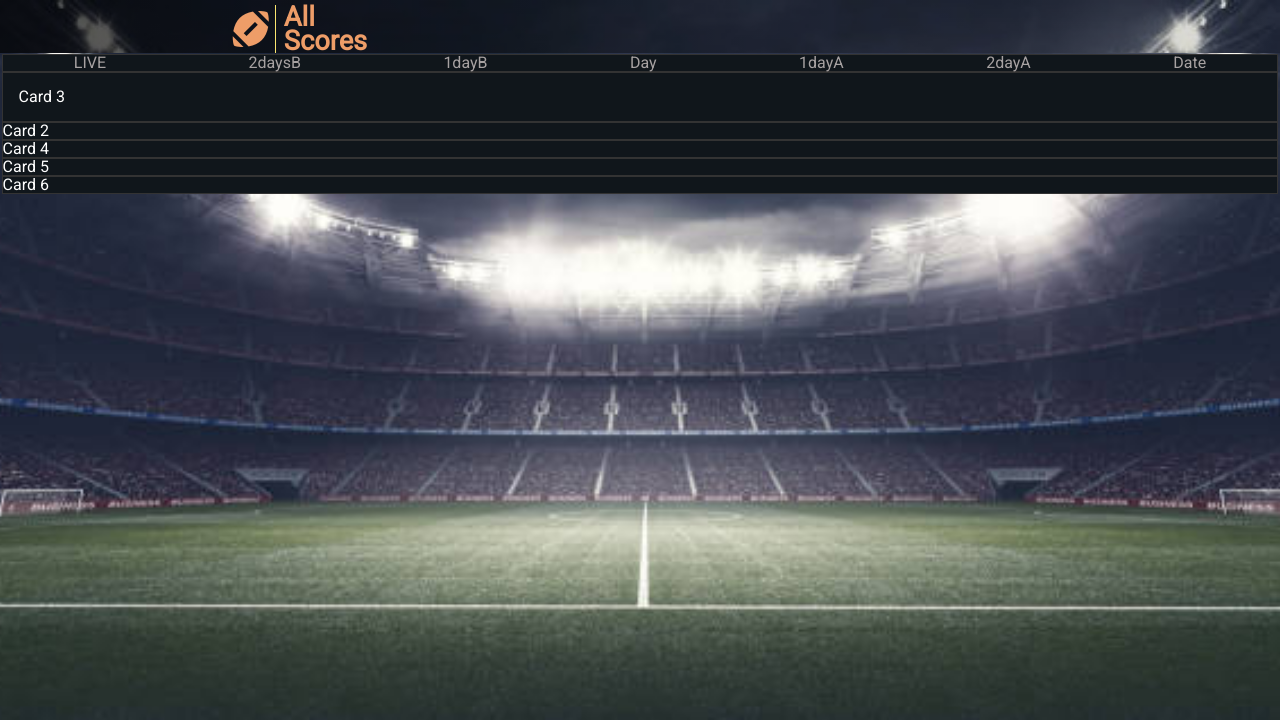
Repository: boomshakar/AllScores
Page: index.html
An editor plug-in stored every save of this project. The page is shown before and after the next save, followed by the edit.
The browser window is 1280 px wide. The pictures show the whole page.
The style sheet was rebuilt from its Sass, Less or Tailwind sources for each picture, by a compiler version that may differ from the author's.

Above is the page before, as saved 2021-03-30 02:33:07.

### index.html
<!DOCTYPE html>
<html lang="en">
  <head>
    <meta charset="UTF-8" />
    <meta http-equiv="X-UA-Compatible" content="IE=edge" />
    <meta name="viewport" content="width=device-width, initial-scale=1.0" />
    <title>All Scores</title>
    <link rel="stylesheet" href="css/main.css" />
    <link
      rel="stylesheet"
      href="https://fonts.googleapis.com/icon?family=Material+Icons"
    />
  </head>
  <body>
    <header>
      <a href="index.html" class="head-name__logo">
        <span class="material-icons md-48">sports_football</span>
        <h1>All<br />Scores</h1>
      </a>
      <ul class="head-name">
        <a href="index.html"
          ><li class="head-name__mob active">
            <span class="material-icons md-36">sports_soccer</span>
            <h3>Soccer</h3>
          </li></a
        >
        <a href="#"
          ><li class="head-name__mob">
            <span class="material-icons md-36">sports_basketball</span>
            <h3>Basket</h3>
          </li></a
        >
        <a href="#"
          ><li class="head-name__mob">
            <span class="material-icons md-36">golf_course</span>
            <h3>Golf</h3>
          </li></a
        >
        <a href="#"
          ><li class="head-name__mob">
            <span class="material-icons md-36">sports_tennis</span>
            <h3>Tennis</h3>
          </li></a
        >
      </ul>
      <div class="menu-btn">
        <span class="menu-btn__burger"></span>
      </div>
      <nav class="nav">
        <ul class="menu-nav">
          <div class="menu-nav__time">
            Lorem ipsum, dolor sit amet consectetur adipisicing elit. Qui
            quidem, dignissimos asperiores totam nesciunt laborum at consectetur
            nam temporibus ea.
          </div>
          <li class="menu-nav__item active">
            <a href="index.html" class="menu-nav__link">Soccer</a>
          </li>
          <li class="menu-nav__item">
            <a href="#" class="menu-nav__link">Basketball</a>
          </li>
          <li class="menu-nav__item">
            <a href="#" class="menu-nav__link">Tennis</a>
          </li>
          <li class="menu-nav__item">
            <a href="#" class="menu-nav__link">Hockey</a>
          </li>
          <li class="menu-nav__item">
            <a href="#" class="menu-nav__link">Golf</a>
          </li>
          <li class="menu-nav__item">
            <a href="#" class="menu-nav__link">Basketball</a>
          </li>
          <li class="menu-nav__item">
            <a href="#" class="menu-nav__link">Tennis</a>
          </li>
          <li class="menu-nav__item">
            <a href="#" class="menu-nav__link">Hockey</a>
          </li>
          <li class="menu-nav__item">
            <a href="#" class="menu-nav__link">Golf</a>
          </li>
          <li class="menu-nav__item">
            <a href="#" class="menu-nav__link">Basketball</a>
          </li>
          <li class="menu-nav__item">
            <a href="#" class="menu-nav__link">Tennis</a>
          </li>
          <li class="menu-nav__item">
            <a href="#" class="menu-nav__link">Hockey</a>
          </li>
          <li class="menu-nav__item">
            <a href="#" class="menu-nav__link">Golf</a>
          </li>
          <div class="menu-nav__foot">
            Lorem ipsum dolor sit amet consectetur adipisicing elit. Quisquam
            quod neque provident ex cumque adipisci, iusto, tempora quibusdam
            maxime, magni autem perferendis? Quibusdam, tenetur. Laudantium,
            velit reiciendis deleniti perferendis nesciunt vitae dolores itaque
            aut voluptas dolor veritatis. Optio ducimus consectetur nisi sequi,
            nesciunt id quis mollitia, laborum voluptates necessitatibus modi.
          </div>
        </ul>
      </nav>
    </header>
    <div class="grid-contain">
      <span class="card">
        <div class="date-select">
          <a href="#" class="date-select__link"
            ><div class="date-select__match">LIVE</div></a
          >
          <a href="#" class="date-select__link"
            ><div class="date-select__match">2daysB</div></a
          >
          <a href="#" class="date-select__link"
            ><div class="date-select__match">1dayB</div></a
          >
          <a href="#" class="date-select__link"
            ><div class="date-select__match">Day</div></a
          >
          <a href="#" class="date-select__link"
            ><div class="date-select__match">1dayA</div></a
          >
          <a href="#" class="date-select__link"
            ><div class="date-select__match">2dayA</div></a
          >
          <a href="#" class="date-select__link"
            ><div class="date-select__match">Date</div></a
          >
        </div>
      </span>
      <div class="card">Card 2</div>
      <div class="card">Card 3</div>
      <div class="card">Card 4</div>
      <div class="card">Card 5</div>
      <div class="card">Card 6</div>
    </div>
  </body>
  <script src="main.js"></script>
</html>

### main.js
const menuBtn = document.querySelector(".menu-btn");
const menuBurger = document.querySelector(".menu-btn__burger");
const nav = document.querySelector(".nav");
const headName = document.querySelector(".head-name");
const menuNav = document.querySelector(".menu-nav");
const menuNavList = document.querySelectorAll(".menu-nav__item");

let menuOpen = false;

menuBtn.addEventListener("click", toggleMenu);

function toggleMenu() {
  if (!menuOpen) {
    menuBurger.classList.add("open");
    nav.classList.add("open");
    headName.classList.add("open");
    menuNav.classList.add("open");
    menuNavList.forEach((item) => item.classList.add("open"));

    menuOpen = true;
  } else {
    menuBurger.classList.remove("open");
    nav.classList.remove("open");
    headName.classList.remove("open");
    menuNav.classList.remove("open");
    menuNavList.forEach((item) => item.classList.remove("open"));

    menuOpen = false;
  }
}

### scss/main.scss
@import "config";
@import "menu";
@import "home";
@import "responsive";

body {
  position: relative;
  background: $primary-color;
  color: $text-color;
  height: 100vh;
  font-family: "Roboto", "Segoe UI", Tahoma, Verdana, sans-serif;
  line-height: 1;
  background: url(../img/stadium3.jpg);
  background-size: cover;
  background-repeat: no-repeat;
  background-position: center;
  background-attachment: fixed;
}

header {
  display: flex;
  z-index: 2;
  background: linear-gradient(to right, rgba(#000, 0.7), rgba(#000, 0.1)),
    url(../img/head.jpg);
  background-size: cover;
  background-repeat: no-repeat;
  position: fixed;
  width: 100vw;
  padding-top: 0.3rem;

  a {
    color: $secondary-color;
  }
}

### scss/_config.scss
$primary-color: #24303a;
$secondary-color: #ee9d68;
$text-color: #fae56f;
$text-color2: rgb(167, 162, 162);

* {
  box-sizing: border-box;
  margin: 0;
  padding: 0;
  outline: 0;
  list-style: none;
}
a {
  text-decoration: none;
}

@import url("https://fonts.googleapis.com/css2?family=Roboto&display=swap");

@mixin transition-mix {
  transition: all 0.5s ease-in-out;
}

@mixin media-xxsm {
  @media screen and (max-width: 313px) {
    @content;
    ul.head-name {
      visibility: hidden;
    }
  }
}

@mixin media-xsm {
  @media screen and (min-width: 314px) and (max-width: 359px) {
    @content;
  }
}

@mixin media-sm {
  @media screen and (min-width: 360px) and (max-width: 399px) {
    @content;
  }
}

@mixin media-smd {
  @media screen and (min-width: 400px) {
    @content;
  }
}

@mixin media-md {
  @media screen and (min-width: 500px) {
    @content;
  }
}

@mixin media-lg {
  @media screen and (min-width: 700px) {
    @content;
  }
}

@mixin media-xl {
  @media screen and (min-width: 1000px) {
    @content;
  }
}

### scss/_menu.scss
.menu-btn {
  position: fixed;
  z-index: 1;
  width: 28px;
  height: 20px;
  top: 0.8rem;
  right: 0.7rem;
  background: transparent;
  cursor: pointer;
  @include transition-mix;
  &__burger {
    position: absolute;
    width: 20px;
    height: 3px;
    right: 0.5rem;
    top: 0.5rem;
    background: pink;
    border-radius: 5px;
    @include transition-mix;

    &::before {
      content: "";
      position: absolute;
      width: 28px;
      height: 3px;
      top: -8px;
      background: $text-color;
      border-radius: 5px;
      @include transition-mix;
    }

    &::after {
      content: "";
      position: absolute;
      width: 28px;
      height: 3px;
      top: 8px;
      background: $text-color;
      border-radius: 5px;
      @include transition-mix;
    }

    &.open {
      transform: rotate(720deg);
      background: transparent;

      &::before {
        transform: rotate(45deg) translate(5px, 8px);
        background: $secondary-color;
      }
      &::after {
        transform: rotate(-45deg) translate(3px, -7px);
        background: $secondary-color;
      }
    }
  }
}
nav {
  position: fixed;
  top: 0;
  left: 0;
  width: 100vw;
  visibility: hidden;
  &.open {
    visibility: visible;
  }
}

.menu-nav {
  display: grid;
  grid-template-columns: 1fr;
  grid-template-rows: 1fr;
  width: 100vw;
  height: 100vh;
  top: 50px;
  left: 0;
  right: 0;
  bottom: 0;
  overflow-y: scroll;
  overflow-x: hidden;
  background: $primary-color;
  opacity: 0.97;
  transform: translateY(-100%);
  @include transition-mix;

  &.open {
    transform: translateY(0);
  }
  &__time {
    padding: 1.5rem 1.5rem 1rem 1.5rem;
    line-height: 1.2;
    font-size: 12px;
  }

  &__item {
    transform: translateX(100vw);
    border-bottom: 1px solid rgb(102, 96, 96);
    @include transition-mix;
    &:nth-of-type(1) {
      border-top: 1px solid rgb(102, 96, 96);
    }
    &.open {
      transform: translateX(0);
    }
    &.active > a {
      color: $secondary-color;
    }
  }

  &__link {
    display: grid;
    font-size: 1.1rem;
    padding: 0.7rem 0;
    font-weight: 600;
    text-transform: uppercase;
    text-align: center;
    color: rgb(167, 162, 162);
    @include transition-mix;

    &:hover {
      color: $secondary-color;
    }
  }

  &__foot {
    padding: 2rem 1.5rem 200px 1.5rem;
    font-size: 12px;
  }
}

@for $f from 1 through 14 {
  .menu-nav__item:nth-child(#{$f}) {
    transition-delay: ($f * 0.1s) + 0.05s;
  }
}

### scss/_home.scss
.grid-contain {
  padding: 3.4rem 0.1rem 1.5rem 0.1rem;
  display: grid;
  grid-template-columns: 1fr;

  .card {
    background: darken($primary-color, 10%);
    border: 1px solid #333;
    color: #fff;

    &:nth-child(1) {
      //date selector
      grid-column: 1;
      grid-row: 1/ 2;
      .date-select {
        display: flex;
        flex-direction: row;
        justify-content: space-around;
        width: 100%;
        &__link {
          color: $text-color2;
          margin: 0.5 1rem;
        }
      }
    }

    &:nth-child(2) {
      //left side
      grid-column: 1;
      grid-row: 3 / 4;
    }

    &:nth-child(3) {
      //main menu
      grid-column: 1;
      grid-row: 2 / 3;
      padding: 1rem;
    }

    &:nth-child(4) {
      //right side
      grid-column: 1;
      grid-row: 4 / 5;
    }

    &:nth-child(5) {
      //stciky ad below
      grid-column: 1;
      grid-row: 5 / 6;
    }

    &:nth-child(6) {
      //footer
      grid-column: 1;
      grid-row: 6 / 7;
    }
  }
}

### scss/_responsive.scss
@include media-xxsm {
  header {
    height: 2.8rem;
    justify-content: space-between;
    .head-name__logo {
      display: flex;
      flex-direction: row;
      cursor: pointer;
      &:hover > .material-icons {
        color: $text-color;
      }

      .material-icons {
        font-size: 2.5rem;
        align-items: center;
        cursor: pointer;
        @include transition-mix;
      }
      h1 {
        font-weight: 800;
        border-left: 1px solid $text-color;
        line-height: 1.3rem;
        padding: 0 0.5rem;
        font-size: 1.1rem;
        cursor: pointer;
      }
    }
  }
}

@include media-xsm {
  header {
    justify-content: space-between;
    .head-name__logo {
      display: flex;
      flex-direction: row;
      cursor: pointer;
      height: 2.5rem;
      &:hover > .material-icons {
        color: $text-color;
      }

      .material-icons {
        font-size: 2.5rem;
        align-items: center;
        cursor: pointer;
        @include transition-mix;
      }
      h1 {
        font-weight: 800;
        border-left: 1px solid $text-color;
        line-height: 1.3rem;
        padding: 0 0.5rem;
        font-size: 1.1rem;
        cursor: pointer;
      }
    }
    ul.head-name {
      display: flex;
      flex-direction: row;
      margin-right: 2rem;
      &.open {
        visibility: hidden;
      }

      .head-name__mob {
        border-left: 1px solid $text-color2;
        padding: 0 0.2rem;
        text-align: center;
        width: 3rem;
        @include transition-mix;
        &.active {
          background: linear-gradient(
            to right,
            rgba(#fff, 0.3),
            rgba(#fff, 0.1)
          );
          color: $text-color;
          border-radius: 5px;
          border-left: 1px solid $text-color;
        }
        &:hover > .material-icons {
          color: $text-color;
        }
      }
      .material-icons {
        font-size: 1.3rem;
        cursor: pointer;
        @include transition-mix;
      }
      h3 {
        font-size: 0.7rem;
      }
    }
    .menu-btn {
      right: -0.3rem;
    }
  }
}

@include media-sm {
  header {
    justify-content: space-between;
    .head-name__logo {
      display: flex;
      flex-direction: row;
      cursor: pointer;
      height: 2.5rem;
      &:hover > .material-icons {
        color: $text-color;
      }

      .material-icons {
        font-size: 2.5rem;
        align-items: center;
        cursor: pointer;
        @include transition-mix;
      }
      h1 {
        font-weight: 800;
        border-left: 1px solid $text-color;
        line-height: 1.3rem;
        padding: 0 0.5rem;
        font-size: 1.1rem;
        cursor: pointer;
      }
    }
    ul.head-name {
      display: flex;
      flex-direction: row;
      margin-right: 2rem;
      &.open {
        visibility: hidden;
      }

      .head-name__mob {
        border-left: 1px solid $text-color2;
        padding: 0 0.5rem;
        text-align: center;
        width: 3.3rem;
        &.active {
          background: linear-gradient(
            to right,
            rgba(#fff, 0.3),
            rgba(#fff, 0.1)
          );
          color: $text-color;
          border-radius: 5px;
          border-left: 1px solid $text-color;
        }
        &:hover > .material-icons {
          color: $text-color;
        }
      }
      .material-icons {
        font-size: 1.3rem;
        cursor: pointer;
        @include transition-mix;
      }
      h3 {
        font-size: 0.8rem;
      }
    }
    .menu-btn {
      right: 0.3rem;
    }
  }
}

@include media-smd {
  header {
    justify-content: space-between;
    .head-name__logo {
      display: flex;
      flex-direction: row;
      cursor: pointer;
      &:hover > .material-icons {
        color: $text-color;
      }

      .material-icons {
        font-size: 3rem;
        align-items: center;
        cursor: pointer;
        @include transition-mix;
      }
      h1 {
        font-weight: 800;
        border-left: 1px solid $text-color;
        line-height: 1.5rem;
        padding: 0 0.5rem;
        font-size: 1.4rem;
        cursor: pointer;
      }
    }
    ul.head-name {
      display: flex;
      flex-direction: row;
      margin-right: 2rem;
      &.open {
        visibility: hidden;
      }

      .head-name__mob {
        border-left: 1px solid $text-color2;
        padding: 0 0.3rem;
        text-align: center;
        width: 3.4rem;
        @include transition-mix;
        &.active {
          background: linear-gradient(
            to right,
            rgba(#fff, 0.3),
            rgba(#fff, 0.1)
          );
          color: $text-color;
          border-radius: 5px;
          border-left: 1px solid $text-color;
        }
        &:hover > .material-icons {
          color: $text-color;
        }
      }
      .material-icons {
        font-size: 1.7rem;
        cursor: pointer;
        @include transition-mix;
      }
      h3 {
        font-size: 0.8rem;
      }
    }
    .menu-btn {
      top: 1.2rem;
      right: 0.4rem;
    }
  }
}

@include media-md {
  header {
    justify-content: space-between;
    .head-name__logo {
      display: flex;
      flex-direction: row;
      cursor: pointer;
      &:hover > .material-icons {
        color: $text-color;
      }

      .material-icons {
        font-size: 3rem;
        align-items: center;
        cursor: pointer;
        @include transition-mix;
      }
      h1 {
        font-weight: 800;
        border-left: 1px solid $text-color;
        line-height: 1.5rem;
        padding: 0 0.5rem;
        font-size: 1.7rem;
        cursor: pointer;
      }
    }
    ul.head-name {
      display: flex;
      flex-direction: row;
      margin-right: 5rem;
      &.open {
        visibility: hidden;
      }

      .head-name__mob {
        border-left: 1px solid $text-color2;
        padding: 0 0.5rem;
        text-align: center;
        width: 3.8rem;
        @include transition-mix;
        &.active {
          background: linear-gradient(
            to right,
            rgba(#fff, 0.3),
            rgba(#fff, 0.1)
          );
          color: $text-color;
          border-radius: 5px;
          border-left: 1px solid $text-color;
        }
        &:hover > .material-icons {
          color: $text-color;
        }
      }
      .material-icons {
        font-size: 1.7rem;
        cursor: pointer;
        @include transition-mix;
      }
      h3 {
        font-size: 0.8rem;
      }
    }
  }
}

@include media-lg {
  header {
    justify-content: space-evenly;
    .head-name__logo {
      display: flex;
      flex-direction: row;
      cursor: pointer;
      margin-right: 8rem;
      &:hover > .material-icons {
        color: $text-color;
      }

      .material-icons {
        font-size: 3rem;
        align-items: center;
        cursor: pointer;
        @include transition-mix;
      }
      h1 {
        font-weight: 800;
        border-left: 1px solid $text-color;
        line-height: 1.5rem;
        padding: 0 0.5rem;
        font-size: 1.7rem;
        cursor: pointer;
      }
    }
    ul.head-name {
      display: flex;
      flex-direction: row;
      &.open {
        visibility: hidden;
      }

      .head-name__mob {
        border-left: 1px solid $text-color2;
        padding: 0 0.3rem;
        text-align: center;
        width: 3.8rem;
        &.active {
          background: linear-gradient(
            to right,
            rgba(#fff, 0.3),
            rgba(#fff, 0.1)
          );
          color: $text-color;
          border-radius: 5px;
          border-left: 1px solid $text-color;
        }
        &:hover > .material-icons {
          color: $text-color;
        }
      }
      .material-icons {
        font-size: 1.7rem;
        cursor: pointer;
        @include transition-mix;
      }
      h3 {
        font-size: 0.8rem;
      }
    }
    .menu-btn {
      visibility: hidden;
    }
  }
}

@include media-xl {
  header {
    justify-content: space-evenly;
    .head-name__logo {
      display: flex;
      flex-direction: row;
      cursor: pointer;
      margin-right: 8rem;
      &:hover > .material-icons {
        color: $text-color;
      }

      .material-icons {
        font-size: 3rem;
        align-items: center;
        cursor: pointer;
        @include transition-mix;
      }
      h1 {
        font-weight: 800;
        border-left: 1px solid $text-color;
        line-height: 1.5rem;
        padding: 0 0.5rem;
        font-size: 1.7rem;
        cursor: pointer;
      }
    }
    ul.head-name {
      display: flex;
      flex-direction: row;
      &.open {
        visibility: hidden;
      }

      .head-name__mob {
        border-left: 1px solid $text-color2;
        padding: 0 0.3rem;
        text-align: center;
        width: 3.8rem;
        &.active {
          background: linear-gradient(
            to right,
            rgba(#fff, 0.3),
            rgba(#fff, 0.1)
          );
          color: $text-color;
          border-radius: 5px;
          border-left: 1px solid $text-color;
        }
        &:hover > .material-icons {
          color: $text-color;
        }
      }
      .material-icons {
        font-size: 1.7rem;
        cursor: pointer;
        @include transition-mix;
      }
      h3 {
        font-size: 0.8rem;
      }
    }
  }
}

After the next save:
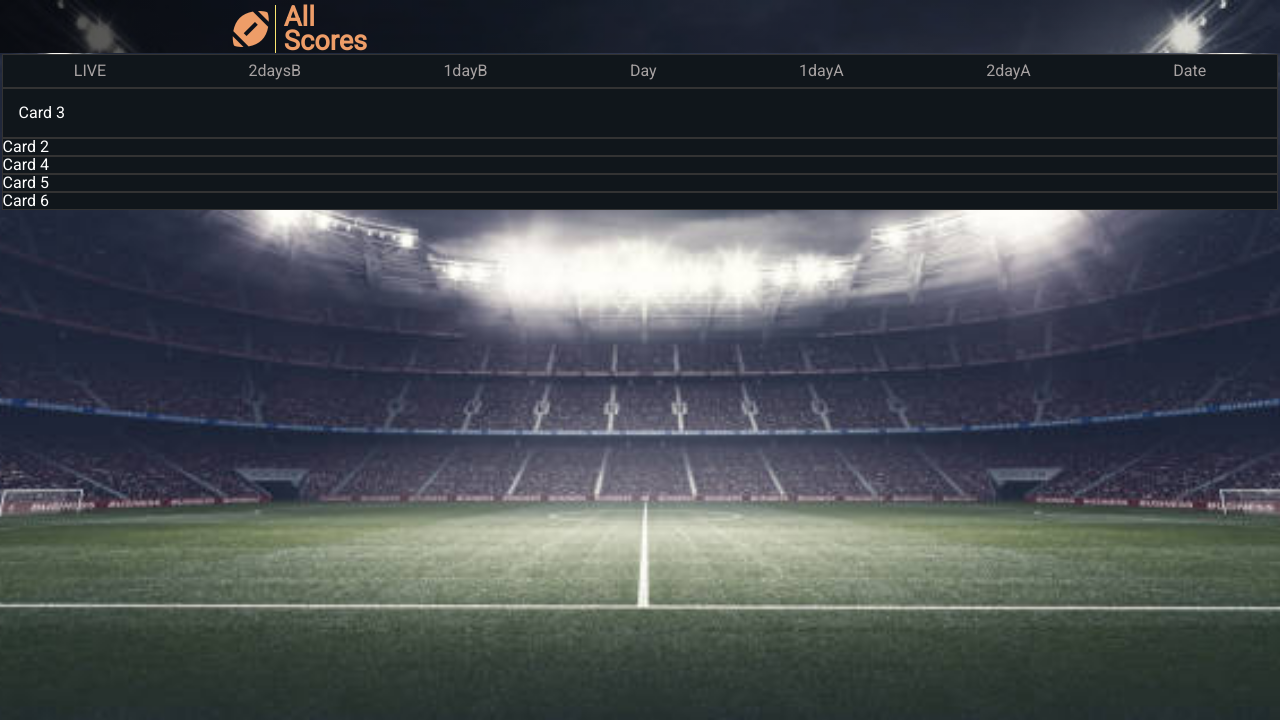
Saved 20 s later.
--- a/scss/_home.scss
+++ b/scss/_home.scss
@@ -19,7 +19,7 @@
         width: 100%;
         &__link {
           color: $text-color2;
-          margin: 0.5 1rem;
+          padding: 0.5rem 1rem;
         }
       }
     }
